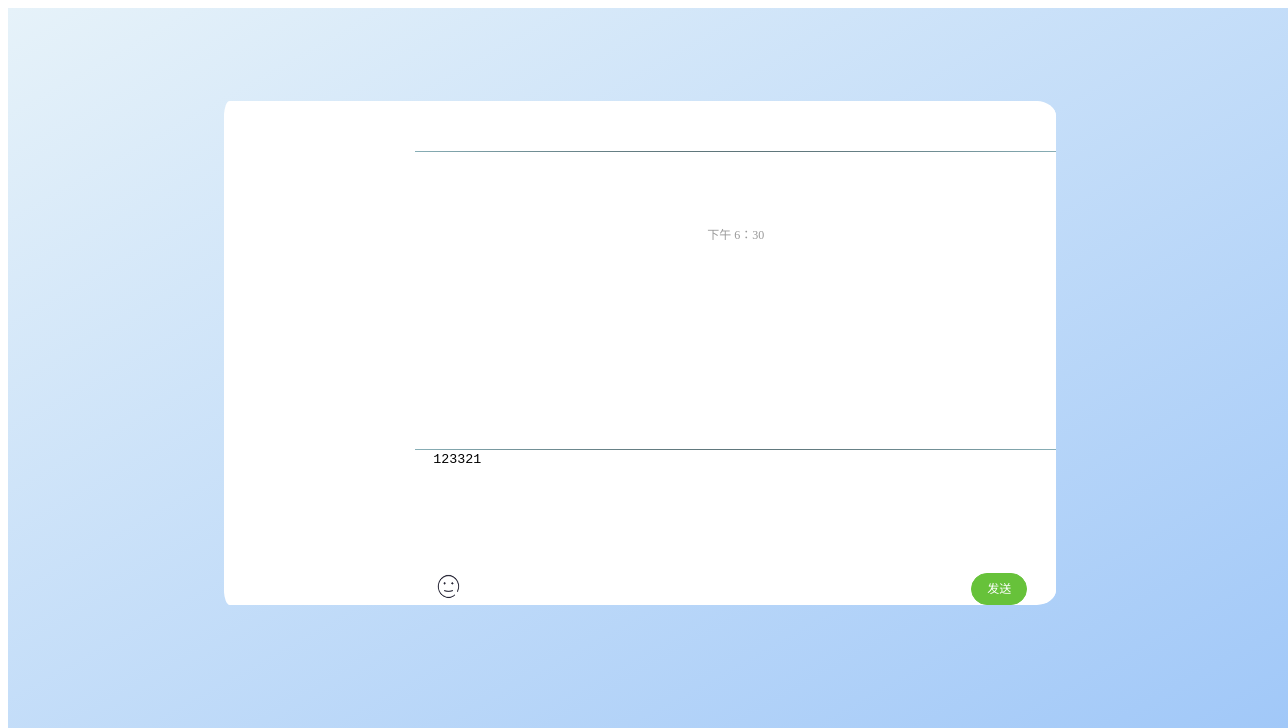
Repository: 948511270/talktalk
Page: /
An editor plug-in stored every save of this project. The page is shown before and after the next save, followed by the edit.
The browser window is 1280 px wide. The page is 1288 px wide, so the pictures cover 1288 px, including what lies to the right of the window. The pictures show the whole page.
The page's requests for data from a server got no answer. The project was rebuilt for these pictures with package versions that can differ from the ones it lists, and the page was loaded fresh each time. No one was signed in, and anything a server would have sent is missing. Also part of the build but not shown: vue.config.js.

Above is the page before, as saved 2023-05-22 23:51:43.

### src/components/HelloWorld.vue
<template>
  <div class="hello">
    <div class="container">

      <div id="friend-list">
        <div class="aFriend" v-for="(item,i,index) in allChatRecordsRelatedToThisUser" :key="index" style="display: flex; border-bottom: 0.8px solid gainsboro;width: 100%;"
        v-bind:class="{'activeFriend':activeVar == index}" @click="activeFun(index)">
          <img  :src=item[0].avatar alt="好友头像" style="margin-top: 6.4px;margin-bottom: 2px; margin-left: 4px;
          width: 20%;" >
          <div class="friend-infomation-top" style="margin-top: 4px;height: 50%;" >
            <div style="width: 200px;display: flex;flex-direction: row;justify-content:space-between ;">
              <span style="font: 1em Arial, Tahoma, Verdana;padding-left: 15px;">{{ item[0].nickName }}</span>
              <span style="font: 0.8em sans-serif;margin-top: 0.3999%;bottom: 0;"  >{{ item[0].deadline.split(' ')[0] }}</span>
            </div>
          </div>
        </div>

      </div>

      <div class="box-right">
        <div id="top-infomation-box">
        <span style="display: block;margin-left: 8px;padding:1.6%;font: 1.6em Arial, Tahoma, Verdana;" >{{ nowFriend }}</span>
        </div>
        <div id="chat-box">
          <div class="main" style="overflow: scroll;">
            <ul id="message">
            <li>
              <p class="time">下午 6：30</p>
            </li>

              <li v-for="(item,i,index) in allChatRecordsRelatedToThisUser" :key="index">
                <div>

                </div>
                <template v-if="item[0].nickName == '小老鼠'">

                  <span v-for="(item,i,index) in item" :key="index">
                    <template v-if="item.senderId == nowTalkingFriendId || item.receiverId == UserId ">
                     <!-- <template v-if="item.senderId == '1' "> -->
                      <li class="text-left" >
                        <div style="display: inline-block;border-radius: 7px;background-color:  #59c1e4;padding: 6px 10px 8px 10px;position: relative;">
                          {{item.content}}
                        </div>
                      </li>
                     </template>
                     <template v-if="item.senderId == UserId || item.receiverId == nowTalkingFriendId ">
                     <!-- <template v-if="item.senderId == '2' "> -->
                      <li class="text-right" >
                        <div style="display: inline-block;border-radius: 7px;background-color: #a6e860;padding: 6px 10px 8px 10px;position: relative;">
                          {{item.content}}
                        </div>
                      </li>
                     </template>
                  </span>

                </template>

              </li>

          </ul>
          </div>

        </div>
        <div id="input-box" style="display:inline-block;position:relative;">
        <textarea style="width: 99.8%;height:75.6%;border: 0px;" v-model="text"></textarea>
        <img src="@/assets/emoji.png" style="display: inline-block;height: 18%;width: 4%;padding-left: 5px;"
        v-on:click="clickEmoji()" >
        <el-row style="position: absolute;display: inline-block; right: 1lvw;">
          <el-button round size="small" type="success"  style="" @click="clickSubmit()">发送</el-button>
        </el-row>

        </div>
      </div>

    </div>
  </div>
</template>

<script>



let socket;
export default {
  name: 'HelloWorld',
  props: {

  },
  data() {
    return {
      // 标识了选中了左边选中了和哪个人聊天，之后给他加灰色选中效果
        nowFriend:null,
        activeVar:null,
        token:'eyJ0eXAiOiJKV1QiLCJhbGciOiJIUzI1NiJ9.eyJpZCI6MSwiZXhwIjoxNjg1MTEwNTgwfQ.DP5t-a8SH-5Mc5nxXjmnvIJA7AJ78EkCg9oOTyugkuI',

        toId:'2',
        text:'123321',
        UserId:'1',
        nowTalkingFriendId:'',

        nowTalkFriendAvatar:'',
        allChatRecordsCopy:'',
        allChatRecordsRelatedToThisUser: '',



    }
  },
  created() {
    console.log("created执行");
      this.init()
    },
  methods:{
    init(){
      console.log("init()执行");
      //此处请求该用户的所有聊天记录
     this.$axios.get('/record/getChatRecord',{
              headers: {
                // 此处将该用户的token加入到axios请求头中
                'Authorization': 'eyJ0eXAiOiJKV1QiLCJhbGciOiJIUzI1NiJ9.eyJpZCI6MSwiZXhwIjoxNjg1MTEwNTgwfQ.DP5t-a8SH-5Mc5nxXjmnvIJA7AJ78EkCg9oOTyugkuI'
              }

              }).then(res=>{
                  console.log("该用户的全部聊天记录：",res.data);
                  // 获取到的是{[],[]}格式
                  this.allChatRecordsRelatedToThisUser = res.data
                  // 处理成数组形式 [[],[]]  (关于为什么要处理：为了用索引值拿id，只有转换成数组形式，才能有索引值。对象形式vue会把id当作索引值)
                  this.allChatRecordsCopy = Object.entries(this.allChatRecordsRelatedToThisUser)
                  console.log('1',this.allChatRecordsRelatedToThisUser);
                  console.log('1',this.allChatRecordsCopy);

                },err=>{
                  console.log("获取该用户的全部聊天记录失败，",err);
              })


      // 此处测试WebSocket连接
      if (typeof (WebSocket) == "undefined") {
        console.log("您的浏览器不支持WebSocket");
      } else {
        console.log("您的浏览器支持WebSocket");
        let socketUrl = "ws://192.168.176.99:9000/chat/" + this.UserId
        // 判断此处是否已经开启了WebSocket服务，如果开启了，则把它关了。
        if (socket != null) {
          socket.close();
          socket = null;
        }
        // 开启一个websocket服务
        // socket = new WebSocket(socketUrl,[this.token]);
        socket = new WebSocket(socketUrl)
        console.log("开启了websocket服务");
        //打开事件
        socket.onopen = function () {
          console.log("websocket已打开");
        };
        socket.onmessage = function (msg) {
          console.log("onmessage方法调用,WebSocket接收到消息:",msg.data);
          let data = JSON.parse(msg.data)
          console.log("JSON.parse后的data",data);
        }
        socket.onclose = function () {
          console.log("websocket已关闭");
        };
        //发生了错误事件
        socket.onerror = function () {
          console.log("websocket发生了错误");
        }
      }

    },

    clickEmoji(){

      console.log('3',this.allChatRecordsRelatedToThisUser);
      console.log('3',this.allChatRecordsCopy);
    },
    clickSubmit(){
      try {
          console.log("点击了发送按钮");
          // 发送消息
          let message = {fromId: this.UserId, toId: this.toId, content: this.text,messageType:'文字'}
          // 将组装好的json发送给服务端，由服务端进行转发
          socket.send(JSON.stringify(message));
          //将textarea里的文字清空，因为双向绑定了 data里的text，所以只需要将text清空
          this.text = ''

      } catch (error) {
        // send失败后调用error
        alert("网络错误")
      }



    },

    activeFun(index){
        // item 为被选中的元素体
        this.activeVar=index



        // 这里将当前选中的人赋值给nowFriend，以供给聊天界面显示当前聊天对象昵称
        this.nowFriend = this.allChatRecordsCopy[this.activeVar][1][0].nickName
        this.nowTalkingFriendId = this.allChatRecordsCopy[this.activeVar][0]

        // 这里将当前选中的人赋值给nowTalkFriendAvatar，以供给聊天界面显示当前聊天对象头像
        this.nowTalkFriendAvatar = this.allChatRecordsCopy[this.activeVar][1][0].avatar

    }



}
}
</script>

<!-- Add "scoped" attribute to limit CSS to this component only -->
<style scoped>

.hello {

  position: absolute;
  height: 100%;
  width: 100%;
  /* 下面这种方法也可以，vw和vh是以浏览器为参考的调整大小参数，1vw=浏览器宽度*1%  */
  /* width: 100vw;
  height: 100vh; */
  background-image: linear-gradient(to bottom right, #e6f2f9, #a1c8f8);
}
.container{

  position: fixed;
  width: 65%;
  height: 70%;
  top: 14%;
  right: 17.5%;
  border-radius: 3%;
  background-color: #ffffff;
}
#friend-list{

 display:inline-block;
 background: #ffffff;
 border-radius: 3% 0 0 3%;
 width:23%;
 height: 100%;
 overflow-x:hidden;
 overflow-y:auto;
}
#friend-list::-webkit-scrollbar{
  display: none;
}
.main::-webkit-scrollbar{
  display: none;
}
.box-right{
  display:inline-block;
  width: 77%;
  height: 100%;
  vertical-align: top;
  border-radius: 0 3% 3% 0;
  background-color: #ffffff;
}
#top-infomation-box{
  width: 100%;
  height: 10%;
  border-bottom: 0.8px solid;
  border-image: radial-gradient(rgb(13, 4, 3) 10%, rgb(137, 176, 184) 100%) 0.8;
}

#chat-box{
  width: 100%;
  height: 55%;
  border-bottom: 0.6px solid;
  border-image: radial-gradient(rgb(13, 4, 3) 10%, rgb(137, 176, 184) 100%) 0.8;
}
.main{
  width: 100%;
  height: 95%;
  position: relative;
  background-color: #ffffff;
  /* box-shadow: 0 0 10px 3px cornflowerblue; */
  margin: 20px auto;
}
.main ul{
  padding:20px 30px;
  list-style:none;
}
.main li{
  padding: 5px;
  margin-bottom: 10px;
  position: relative;
}
.main .time{
  font-size: 12px;
  text-align: center;
  line-height: 20px;
  color: #999;
}

.main li.text-left span{
  background-color: white;
}

.main li.text-left:after{
  content: '';
  display: block;
  width: 0;
  height: 0;
  border:4px solid transparent;
  border-right:4px solid white;
  position: absolute;
  top: 6px;
  left: -8px;
}
.main li.text-right:after{
  content: '';
  display: block;
  width: 0;
  height: 0;
  border:4px solid transparent;
  border-right:4px solid white;

  position: absolute;
  top: 6px;
  left: -8px;
}
.text-right{
  text-align: right;
}
.main li.text-right:after{
  content: '';
  width: 22px;
  height: 22px;
  border-radius: 3px;
  display: block;
  background-size: 100%;
  position: absolute;
  right: -23px;
  top: 5px;

}

#input-box{
  left: 16px;
  width: 95%;
  height: 30%;
}
/* 禁止textarea随鼠标缩放 */
textarea {
    resize: none;
}
/* 禁止textarea点击边框加粗 */
textarea:focus {
    outline: none;
}

.activeFriend{
  background-color: gainsboro;

}
</style>

Loaded but not shown: public/index.html (common file); src/main.js (common file); src/App.vue (common file)

After the next save:
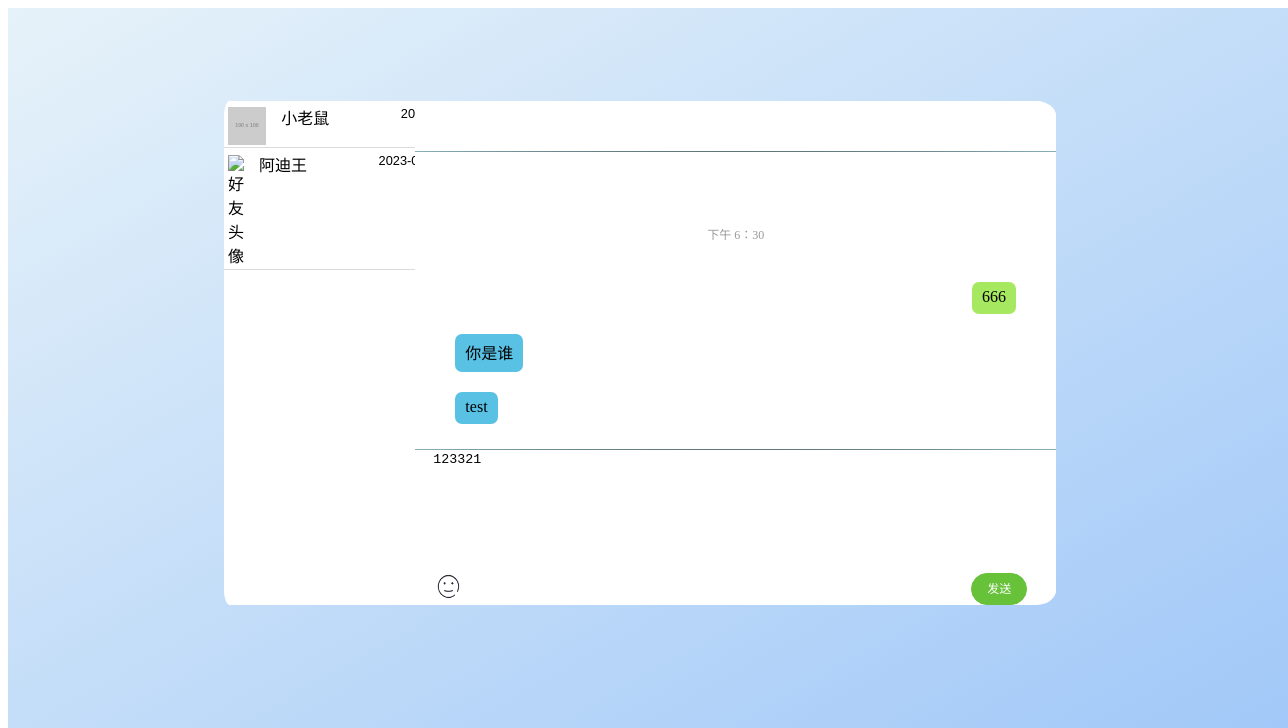
Saved 2 min 17 s later.
--- a/src/components/HelloWorld.vue
+++ b/src/components/HelloWorld.vue
@@ -100,7 +100,86 @@
 
         nowTalkFriendAvatar:'',
         allChatRecordsCopy:'',
-        allChatRecordsRelatedToThisUser: '',
+        allChatRecordsRelatedToThisUser: {
+    "2": [
+        {
+            "nickName": "小老鼠",
+            "avatar": "http://dummyimage.com/100x100",
+            "deadline": "2023-05-14 19:23:38"
+        },
+        {
+            "id": "5",
+            "senderId": 1,
+            "receiverId": 2,
+            "messageType": "文字",
+            "content": "666",
+            "sendTime": "2023-04-01 16:57:25"
+        },
+        {
+            "id": "4",
+            "senderId": 2,
+            "receiverId": 1,
+            "messageType": "文字",
+            "content": "你是谁",
+            "sendTime": "2023-04-21 16:24:17"
+        },
+        {
+            "id": "7",
+            "senderId": 2,
+            "receiverId": 1,
+            "messageType": "文字",
+            "content": "test",
+            "sendTime": "2023-04-24 06:42:18"
+        },
+        {
+            "id": "1",
+            "senderId": 1,
+            "receiverId": 2,
+            "messageType": "文字",
+            "content": "你好2",
+            "sendTime": "2023-04-24 16:23:19"
+        },
+        {
+            "id": "3",
+            "senderId": 1,
+            "receiverId": 2,
+            "messageType": "文字",
+            "content": "你好3",
+            "sendTime": "2023-04-25 16:23:09"
+        },
+        {
+            "id": "1202305141923382",
+            "senderId": 1,
+            "receiverId": 2,
+            "messageType": "文字",
+            "content": "这是来自客户端的信息：123321",
+            "sendTime": "2023-05-14 19:23:38"
+        }
+    ],
+    "3": [
+        {
+            "nickName": "阿迪王",
+            "avatar": null,
+            "deadline": "2023-04-19 16:23:15"
+        },
+        {
+            "id": "6",
+            "senderId": 1,
+            "receiverId": 3,
+            "messageType": "文字",
+            "content": "爱我的",
+            "sendTime": "2023-04-02 18:37:02"
+        },
+        {
+            "id": "2",
+            "senderId": 1,
+            "receiverId": 3,
+            "messageType": "文字",
+            "content": "你好1",
+            "sendTime": "2023-04-19 16:23:15"
+        }
+    ]
+},
 
 
 

After the save that followed:
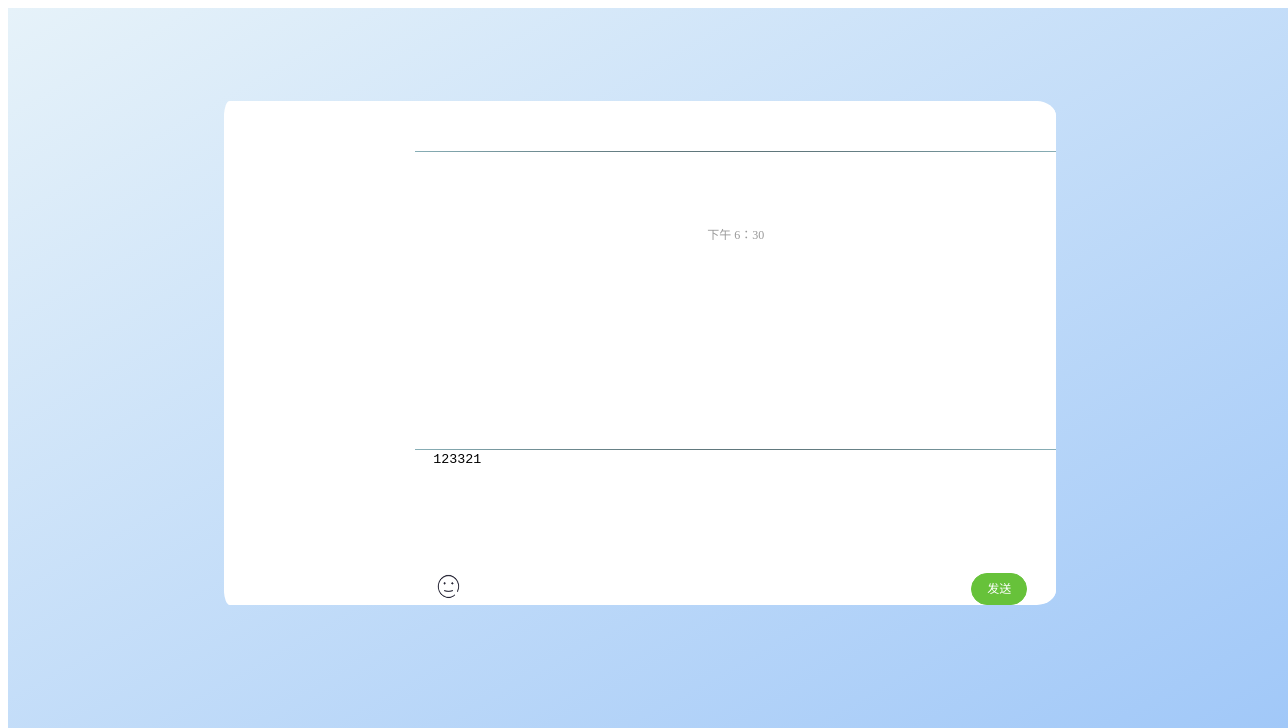
Saved 15 s later.
--- a/src/components/HelloWorld.vue
+++ b/src/components/HelloWorld.vue
@@ -100,86 +100,7 @@
 
         nowTalkFriendAvatar:'',
         allChatRecordsCopy:'',
-        allChatRecordsRelatedToThisUser: {
-    "2": [
-        {
-            "nickName": "小老鼠",
-            "avatar": "http://dummyimage.com/100x100",
-            "deadline": "2023-05-14 19:23:38"
-        },
-        {
-            "id": "5",
-            "senderId": 1,
-            "receiverId": 2,
-            "messageType": "文字",
-            "content": "666",
-            "sendTime": "2023-04-01 16:57:25"
-        },
-        {
-            "id": "4",
-            "senderId": 2,
-            "receiverId": 1,
-            "messageType": "文字",
-            "content": "你是谁",
-            "sendTime": "2023-04-21 16:24:17"
-        },
-        {
-            "id": "7",
-            "senderId": 2,
-            "receiverId": 1,
-            "messageType": "文字",
-            "content": "test",
-            "sendTime": "2023-04-24 06:42:18"
-        },
-        {
-            "id": "1",
-            "senderId": 1,
-            "receiverId": 2,
-            "messageType": "文字",
-            "content": "你好2",
-            "sendTime": "2023-04-24 16:23:19"
-        },
-        {
-            "id": "3",
-            "senderId": 1,
-            "receiverId": 2,
-            "messageType": "文字",
-            "content": "你好3",
-            "sendTime": "2023-04-25 16:23:09"
-        },
-        {
-            "id": "1202305141923382",
-            "senderId": 1,
-            "receiverId": 2,
-            "messageType": "文字",
-            "content": "这是来自客户端的信息：123321",
-            "sendTime": "2023-05-14 19:23:38"
-        }
-    ],
-    "3": [
-        {
-            "nickName": "阿迪王",
-            "avatar": null,
-            "deadline": "2023-04-19 16:23:15"
-        },
-        {
-            "id": "6",
-            "senderId": 1,
-            "receiverId": 3,
-            "messageType": "文字",
-            "content": "爱我的",
-            "sendTime": "2023-04-02 18:37:02"
-        },
-        {
-            "id": "2",
-            "senderId": 1,
-            "receiverId": 3,
-            "messageType": "文字",
-            "content": "你好1",
-            "sendTime": "2023-04-19 16:23:15"
-        }
-    ]
-},
+        allChatRecordsRelatedToThisUser: '',
 
 
 
